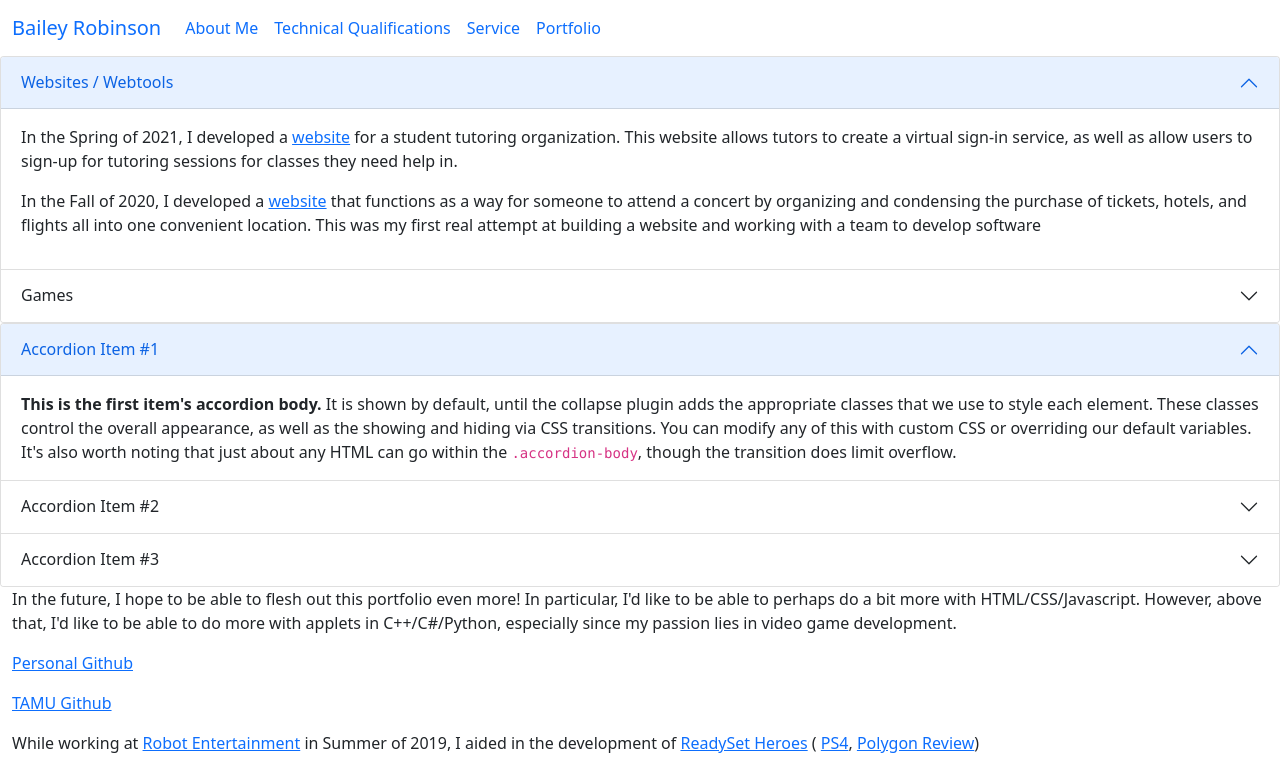
Repository: baileyjrob/personal_website
Page: portfolio.html
An editor plug-in stored every save of this project. The page is shown before and after a run of saves, followed by the edit.
The browser window is 1280 px wide. The pictures show the whole page.

Above is the page before, as saved 2022-04-20 13:30:53.

### portfolio.html
<!DOCTYPE html>
<html lang=en>

<head>
    <title>Bailey Robinson</title>
    <meta charset="utf-8">
    <meta name="viewport" content="width=device-width, initial-scale=1">
    <!-- Latest compiled and minified CSS -->
    <link href="https://cdn.jsdelivr.net/npm/bootstrap@5.0.2/dist/css/bootstrap.min.css" rel="stylesheet"
        integrity="sha384-EVSTQN3/azprG1Anm3QDgpJLIm9Nao0Yz1ztcQTwFspd3yD65VohhpuuCOmLASjC" crossorigin="anonymous">

    <!-- jQuery library -->
    <script src="https://ajax.googleapis.com/ajax/libs/jquery/3.5.1/jquery.min.js"></script>

    <!-- Latest compiled JavaScript -->
    <script src="https://cdn.jsdelivr.net/npm/bootstrap@5.0.2/dist/js/bootstrap.bundle.min.js"
        integrity="sha384-MrcW6ZMFYlzcLA8Nl+NtUVF0sA7MsXsP1UyJoMp4YLEuNSfAP+JcXn/tWtIaxVXM"
        crossorigin="anonymous"></script>
</head>

<body>
    <nav class="navbar navbar-expand-lg">
        <div class="container-fluid">
            <a class="navbar-brand" href="index.html">Bailey Robinson</a>
            <button class="navbar-toggler" type="button" data-bs-toggle="collapse"
                data-bs-target="#navbarSupportedContent" aria-controls="navbarSupportedContent" aria-expanded="false"
                aria-label="Toggle navigation">
                <span class="navbar-toggler-icon"></span>
            </button>
            <div class="collapse navbar-collapse" id="navbarSupportedContent">
                <ul class="navbar-nav me-auto mb-2 mb-lg-0">
                    <li class="nav-item"><a class="nav-link" href="about.html">About Me</a></li>
                    <li class="nav-item"><a class="nav-link" href="techqual.html">Technical Qualifications</a></li>
                    <li class="nav-item"><a class="nav-link" href="service.html">Service</a></li>
                    <li class="nav-item"><a class="nav-link active" aria-current="page"
                            href="portfolio.html">Portfolio</a></li>
                </ul>
            </div>
        </div>
    </nav>
    <div class="accordion" id="accordionFields">
        <div class="accordion-item">
            <h2 class="accordion-header" id="headingWeb">
                <button class="accordion-button" type="button" data-bs-toggle="collapse" data-bs-target="#collapseOne"
                    aria-expanded="true" aria-controls="collapseOne">
                    Websites / Webtools
                </button>
            </h2>
            <div id="collapseOne" class="accordion-collapse collapse show" aria-labelledby="headingWeb"
                data-bs-parent="#accordionExample">
                <div class="accordion-body">
                    <p>In the Spring of 2021, I developed a <a href="https://ortutoring.herokuapp.com/">website</a> for
                        a student
                        tutoring
                        organization. This website allows tutors to create a virtual sign-in service, as well as allow
                        users to sign-up
                        for
                        tutoring sessions for classes they need help in.
                    </p>
                    <p>In the Fall of 2020, I developed a <a href="secret.html">website</a> that functions as a way for
                        someone to
                        attend a concert by organizing and condensing the purchase of tickets, hotels, and flights all
                        into one convenient
                        location. This was my first real attempt at building a website and working with a team to
                        develop software </p>
                </div>
            </div>
        </div>
        <div class="accordion-item">
            <h2 class="accordion-header" id="headingGames">
                <button class="accordion-button collapsed" type="button" data-bs-toggle="collapse"
                    data-bs-target="#collapseTwo" aria-expanded="False" aria-controls="collapseTwo">
                    Games
                </button>
            </h2>
            <div id="collapseTwo" class="accordion-collapse collapse" aria-labelledby="headingGames"
                data-bs-parent="#accordionExample">
                <div class="accordion-body">
                    Placeholder
                </div>
            </div>
        </div>
    </div>
    <div class="accordion" id="accordionExample">
        <div class="accordion-item">
            <h2 class="accordion-header" id="headingOne">
                <button class="accordion-button" type="button" data-bs-toggle="collapse" data-bs-target="#collapseOne"
                    aria-expanded="true" aria-controls="collapseOne">
                    Accordion Item #1
                </button>
            </h2>
            <div id="collapseOne" class="accordion-collapse collapse show" aria-labelledby="headingOne"
                data-bs-parent="#accordionExample">
                <div class="accordion-body">
                    <strong>This is the first item's accordion body.</strong> It is shown by default, until the collapse
                    plugin adds the appropriate classes that we use to style each element. These classes control the
                    overall
                    appearance, as well as the showing and hiding via CSS transitions. You can modify any of this with
                    custom CSS or overriding our default variables. It's also worth noting that just about any HTML can
                    go
                    within the <code>.accordion-body</code>, though the transition does limit overflow.
                </div>
            </div>
        </div>
        <div class="accordion-item">
            <h2 class="accordion-header" id="headingTwo">
                <button class="accordion-button collapsed" type="button" data-bs-toggle="collapse"
                    data-bs-target="#collapseTwo" aria-expanded="false" aria-controls="collapseTwo">
                    Accordion Item #2
                </button>
            </h2>
            <div id="collapseTwo" class="accordion-collapse collapse" aria-labelledby="headingTwo"
                data-bs-parent="#accordionExample">
                <div class="accordion-body">
                    <strong>This is the second item's accordion body.</strong> It is hidden by default, until the
                    collapse
                    plugin adds the appropriate classes that we use to style each element. These classes control the
                    overall
                    appearance, as well as the showing and hiding via CSS transitions. You can modify any of this with
                    custom CSS or overriding our default variables. It's also worth noting that just about any HTML can
                    go
                    within the <code>.accordion-body</code>, though the transition does limit overflow.
                </div>
            </div>
        </div>
        <div class="accordion-item">
            <h2 class="accordion-header" id="headingThree">
                <button class="accordion-button collapsed" type="button" data-bs-toggle="collapse"
                    data-bs-target="#collapseThree" aria-expanded="false" aria-controls="collapseThree">
                    Accordion Item #3
                </button>
            </h2>
            <div id="collapseThree" class="accordion-collapse collapse" aria-labelledby="headingThree"
                data-bs-parent="#accordionExample">
                <div class="accordion-body">
                    <strong>This is the third item's accordion body.</strong> It is hidden by default, until the
                    collapse
                    plugin adds the appropriate classes that we use to style each element. These classes control the
                    overall
                    appearance, as well as the showing and hiding via CSS transitions. You can modify any of this with
                    custom CSS or overriding our default variables. It's also worth noting that just about any HTML can
                    go
                    within the <code>.accordion-body</code>, though the transition does limit overflow.
                </div>
            </div>
        </div>
    </div>
    <div class="container-fluid">
        <p> In the future, I hope to be able to flesh out this portfolio even more! In particular, I'd like to be able
            to
            perhaps do a bit more with HTML/CSS/Javascript. However, above that, I'd like to be able to do more with
            applets
            in
            C++/C#/Python, especially since my passion lies in video game development.</p>
        <p><a href="https://github.com/baileyjrob">Personal Github</a></p>
        <p><a href="https://github.tamu.edu/baileyjrob">TAMU Github</a></p>
        <p>While working at
            <a href="https://robotentertainment.com/">Robot Entertainment</a>
            in Summer of 2019, I aided in the development of
            <a href="https://www.epicgames.com/store/en-US/product/readyset-heroes/home">
                ReadySet Heroes</a> (
            <a href="https://www.playstation.com/en-us/games/readyset-heroes-ps4/">PS4</a>,
            <a
                href="https://www.polygon.com/2019/9/5/20851325/readyset-heroes-preview-release-date-pc-epic-ps4-trailer">
                Polygon Review</a>)
        </p>
    </div>
</body>

</html>

After the next 2 saves:
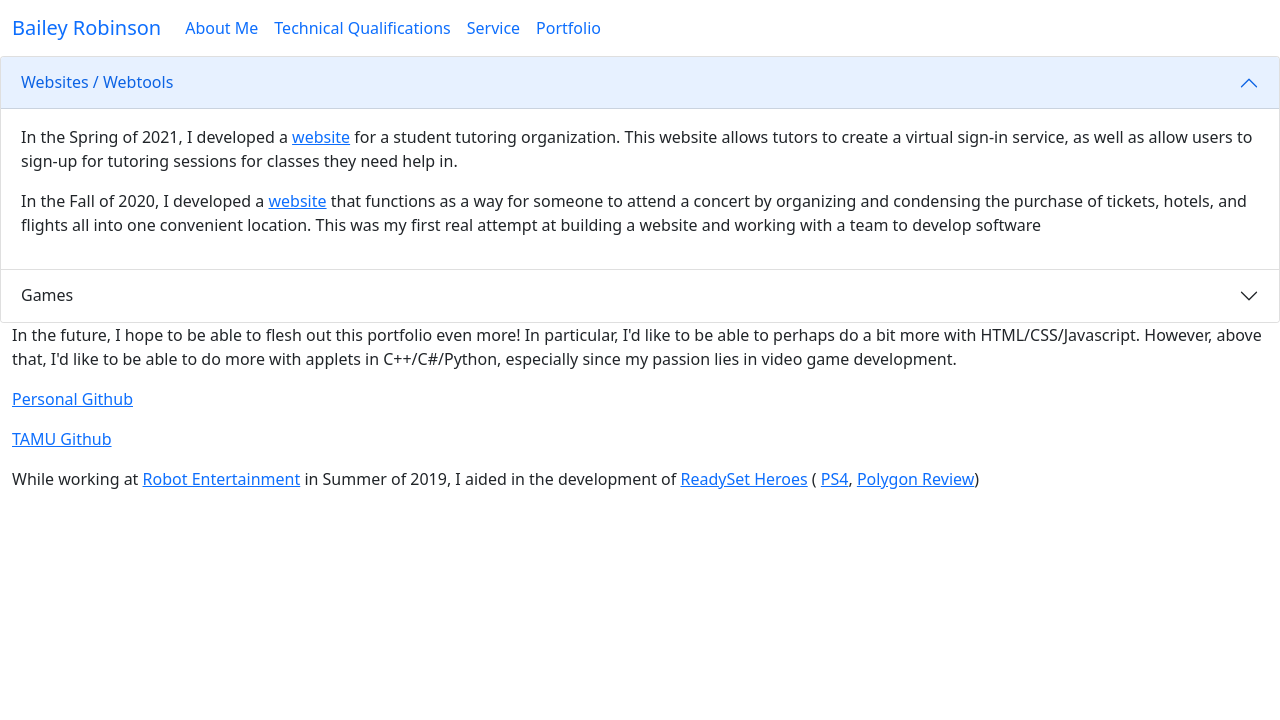
The 2 saves are shown as one change because they came seconds apart.
The last was saved 19 s later.
--- a/portfolio.html
+++ b/portfolio.html
@@ -81,70 +81,6 @@
             </div>
         </div>
     </div>
-    <div class="accordion" id="accordionExample">
-        <div class="accordion-item">
-            <h2 class="accordion-header" id="headingOne">
-                <button class="accordion-button" type="button" data-bs-toggle="collapse" data-bs-target="#collapseOne"
-                    aria-expanded="true" aria-controls="collapseOne">
-                    Accordion Item #1
-                </button>
-            </h2>
-            <div id="collapseOne" class="accordion-collapse collapse show" aria-labelledby="headingOne"
-                data-bs-parent="#accordionExample">
-                <div class="accordion-body">
-                    <strong>This is the first item's accordion body.</strong> It is shown by default, until the collapse
-                    plugin adds the appropriate classes that we use to style each element. These classes control the
-                    overall
-                    appearance, as well as the showing and hiding via CSS transitions. You can modify any of this with
-                    custom CSS or overriding our default variables. It's also worth noting that just about any HTML can
-                    go
-                    within the <code>.accordion-body</code>, though the transition does limit overflow.
-                </div>
-            </div>
-        </div>
-        <div class="accordion-item">
-            <h2 class="accordion-header" id="headingTwo">
-                <button class="accordion-button collapsed" type="button" data-bs-toggle="collapse"
-                    data-bs-target="#collapseTwo" aria-expanded="false" aria-controls="collapseTwo">
-                    Accordion Item #2
-                </button>
-            </h2>
-            <div id="collapseTwo" class="accordion-collapse collapse" aria-labelledby="headingTwo"
-                data-bs-parent="#accordionExample">
-                <div class="accordion-body">
-                    <strong>This is the second item's accordion body.</strong> It is hidden by default, until the
-                    collapse
-                    plugin adds the appropriate classes that we use to style each element. These classes control the
-                    overall
-                    appearance, as well as the showing and hiding via CSS transitions. You can modify any of this with
-                    custom CSS or overriding our default variables. It's also worth noting that just about any HTML can
-                    go
-                    within the <code>.accordion-body</code>, though the transition does limit overflow.
-                </div>
-            </div>
-        </div>
-        <div class="accordion-item">
-            <h2 class="accordion-header" id="headingThree">
-                <button class="accordion-button collapsed" type="button" data-bs-toggle="collapse"
-                    data-bs-target="#collapseThree" aria-expanded="false" aria-controls="collapseThree">
-                    Accordion Item #3
-                </button>
-            </h2>
-            <div id="collapseThree" class="accordion-collapse collapse" aria-labelledby="headingThree"
-                data-bs-parent="#accordionExample">
-                <div class="accordion-body">
-                    <strong>This is the third item's accordion body.</strong> It is hidden by default, until the
-                    collapse
-                    plugin adds the appropriate classes that we use to style each element. These classes control the
-                    overall
-                    appearance, as well as the showing and hiding via CSS transitions. You can modify any of this with
-                    custom CSS or overriding our default variables. It's also worth noting that just about any HTML can
-                    go
-                    within the <code>.accordion-body</code>, though the transition does limit overflow.
-                </div>
-            </div>
-        </div>
-    </div>
     <div class="container-fluid">
         <p> In the future, I hope to be able to flesh out this portfolio even more! In particular, I'd like to be able
             to
